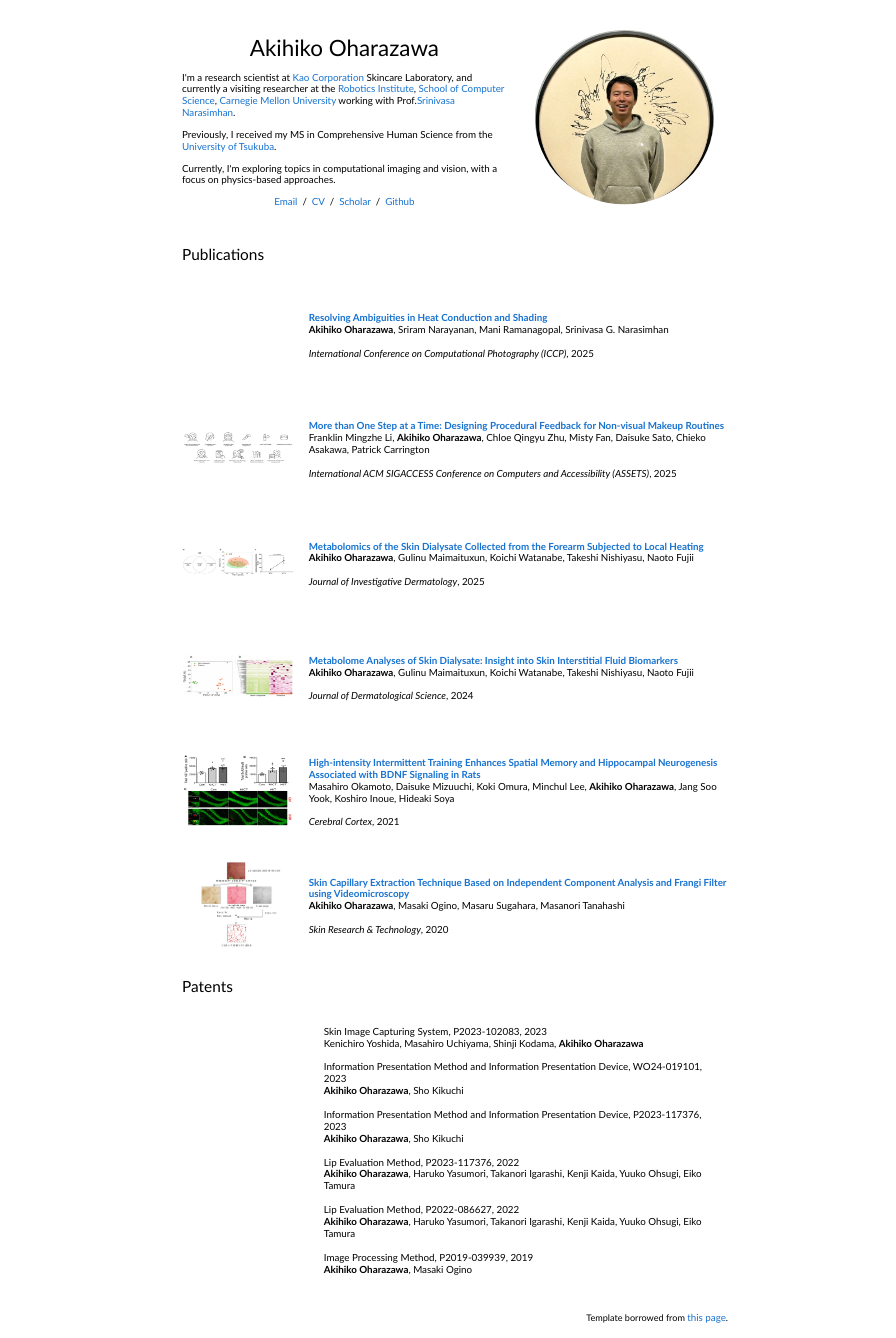
Repository: akihikooharazawa/akihikooharazawa.github.io
Page: index.html
The author's editor kept a copy of each file at every save. The page is drawn from the files as they stood at one save, then again after a run of saves.
The browser window is 1280 px wide. The pictures show the whole page, at 70% of full size.
Pictures or frames that could not be fetched are drawn as grey boxes.

Above is the page before, as saved 2025-07-25 12:20:24.

After the next 3 saves:
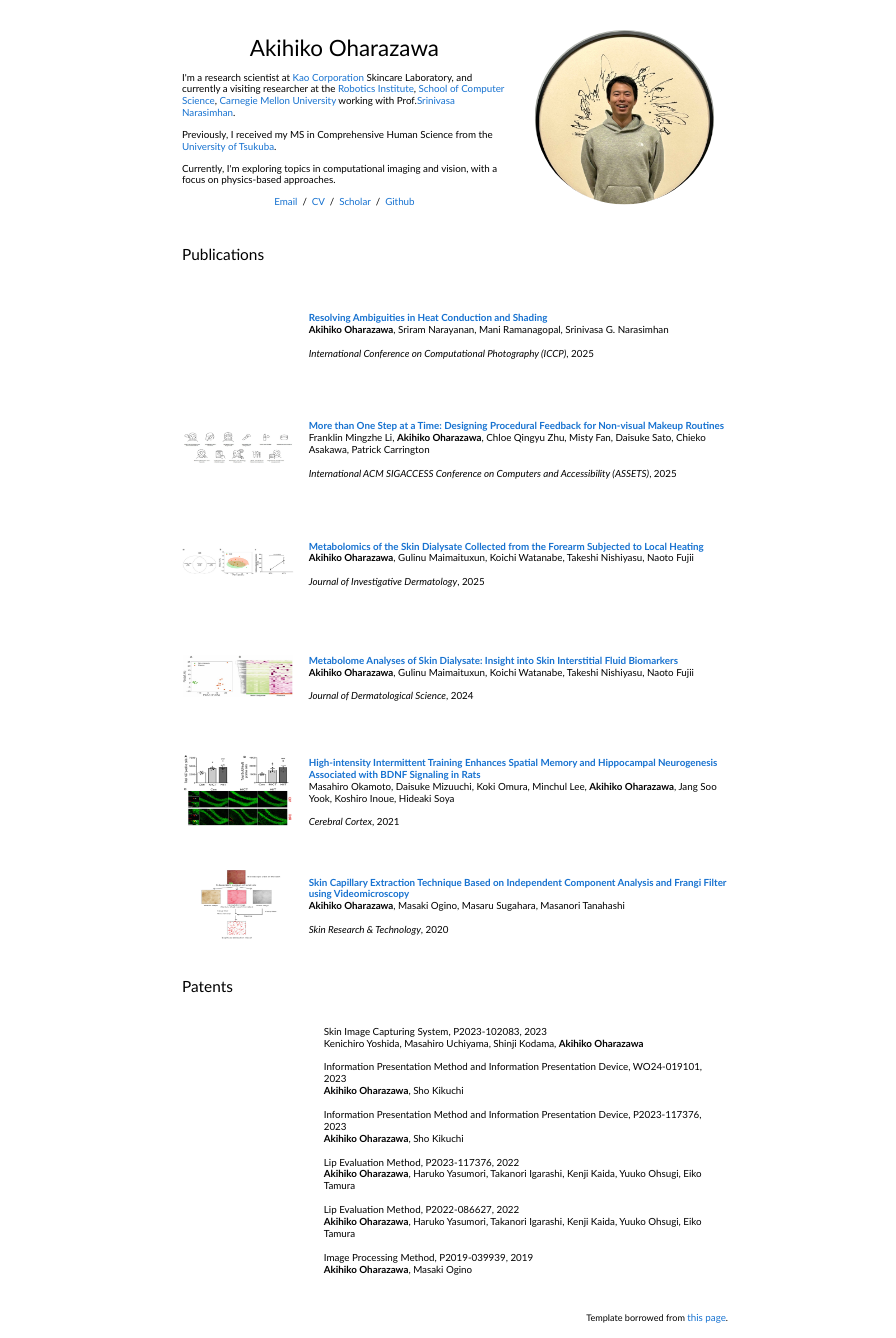
The 3 saves are shown as one change because they came seconds apart.
The last was saved 106 s later.
--- a/index.html
+++ b/index.html
@@ -163,7 +163,7 @@
             <!-- Skin Research & Technology 2020 -->
             <tr>
               <td style="padding:20px;width:25%;vertical-align:middle">
-                <img src="static/images/capillary_extraction.jpg" alt="capillary_extraction.jpg" width="160" height="120" style="border-style: none">
+                <img src="static/images/2020SRT.png" alt="2020SRT.png" width="160" height="120" style="border-style: none">
               </td>
               <td width="75%" valign="middle">
                 <a href="https://onlinelibrary.wiley.com/doi/10.1111/srt.12850">
